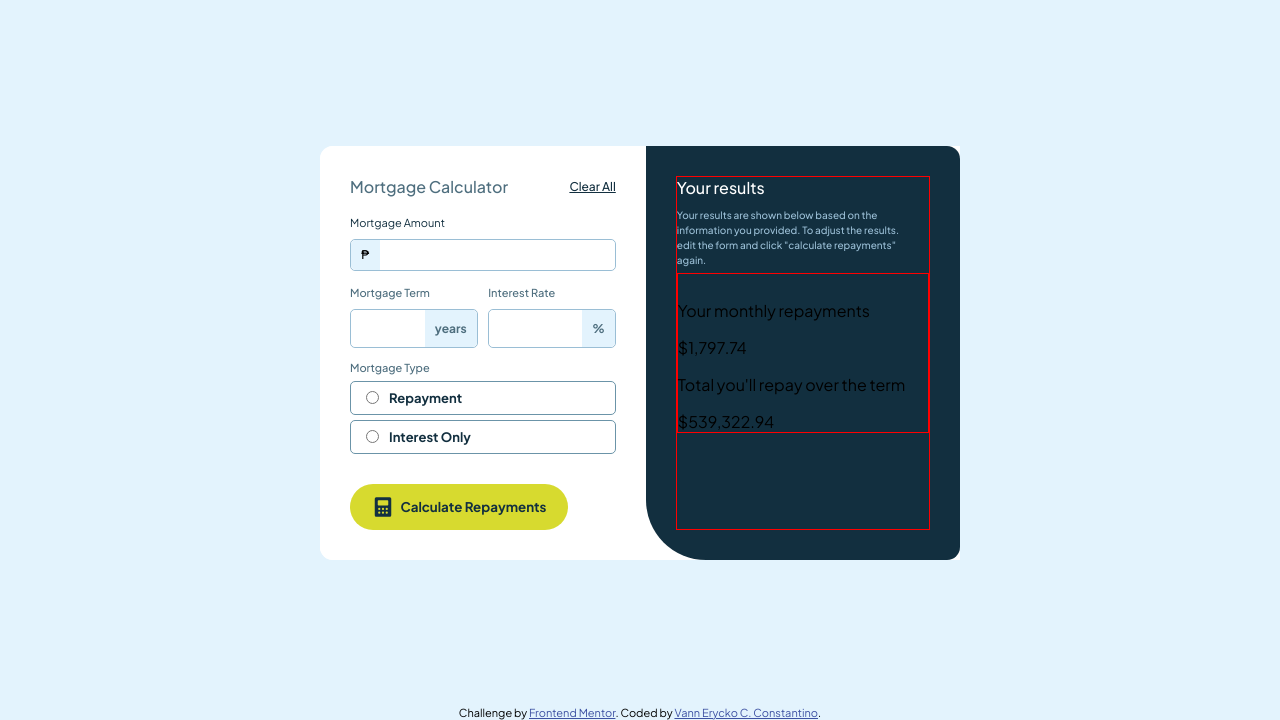
Repository: kocokoy/mortgage-repayment-calculator
Page: index.html
These files come from the project's save history. The page is drawn as it stood at one moment and after the next save; the edit follows.
The browser window is 1280 px wide. The pictures show the whole page.

Above is the page before, as saved 2024-10-30 14:36:26.

### index.html
<!DOCTYPE html>
<html lang="en">
<head>
  <meta charset="UTF-8">
  <meta name="viewport" content="width=device-width, initial-scale=1.0"> <!-- displays site properly based on user's device -->

  <link rel="icon" type="image/png" sizes="32x32" href="./assets/images/favicon-32x32.png">
  <link rel="stylesheet" href="/styles/style.css">
  <link rel="preconnect" href="https://fonts.googleapis.com">
<link rel="preconnect" href="https://fonts.gstatic.com" crossorigin>
<link href="https://fonts.googleapis.com/css2?family=Karla:ital,wght@0,200..800;1,200..800&family=Plus+Jakarta+Sans:ital,wght@0,200..800;1,200..800&family=Red+Hat+Text:ital,wght@0,300..700;1,300..700&display=swap" rel="stylesheet">

  <title>Frontend Mentor | Mortgage repayment calculator</title>
</head>
<body>
  <div class="container">
    <div class="container-card">
      <div class="mortgage-calculator-side">
        <div class="mortgage-calculator-header">
          <p>Mortgage Calculator</p>
          <button>Clear All</button>
        </div>
        <div class="mortgage-calculator-amount">
          <p>Mortgage Amount</p>
          <label class="mortgage-calculator-amount-input">
            <div class="peso-logo">&#8369;</div>
            <input type="text" class="jsMortageAmount">
          </label>
          <div class="field-require-text">
            this field is required
          </div>
        </div>
        <div class="mortgage-calculator-term-and-interest">
          <div class="mortgage-calculator-term-section">
            <p>Mortgage Term</p>
            <div class="mortgage-calculator-term-section-mortgage">
              <input type="text" name="" id="" class="jsMortgageTerm">
              <div>years</div>
            </div>
            <div class="field-require-text">
              this field is required
            </div>
          </div>
          <div class="mortgage-calculator-term-section">
            <p>Interest Rate</p>
            <div class="mortgage-calculator-term-section-mortgage">
              <input type="text" name="" id="" class="jsMortgageInterest">
              <div>%</div>
            </div>
            <div class="field-require-text">
              this field is required
            </div>
          </div>
        </div>
        <div class="mortgage-calculator-type">
          <p>Mortgage Type</p>
          <label class="mortgage-calculator-type-radio">
            <input class="mortgage-calculator-type-radio-repayment jsRepaymentRadio" type="radio">
            <div>Repayment</div>
          </label>
          <label class="mortgage-calculator-type-radio">
            <input class="mortgage-calculator-type-radio-interest jsRepaymentInterest"  type="radio">
            <div>Interest Only</div>
          </label>
        </div>
        <div class="mortgage-calculator-button">
          <button class="jsCalculateRepayments">
            <div>
              <img src="/assets/images/icon-calculator.svg" alt="">
              <p>Calculate Repayments</p>
            </div>
          </button>
        </div>
      </div>
      <div class="result-side">
        <!-- <div class="result-empty">
          <div>
            <img src="/assets/images/illustration-empty.svg" alt="">
          </div>
          <div class="result-side-title">Results shown here</div>
          <div class="result-side-text">  Complete the form and click “calculate repayments” to see what
            your monthly repayments would be.</div>
        </div> -->
        <div class="result-populate">
          <div class="result-populate-title">
            Your results
          </div>
          <div class="result-populate-message">
            Your results are shown below based on the information you provided.
            To adjust the results. edit the form and click "calculate repayments" again.
          </div>
          <div class="result-populate-repayment">
            <div>
              <p>Your monthly repayments</p>
              <div>$1,797.74</div>
            </div>
            <div>
              <p>Total you'll repay over the term</p>
              <div>$539,322.94</div>
            </div>
          </div>
        </div>
      </div>
    </div>
  </div>


  <div class="attribution">
    Challenge by <a href="https://www.frontendmentor.io?ref=challenge">Frontend Mentor</a>.
    Coded by <a href="#">Vann Erycko C. Constantino</a>.
  </div>
  <script src="/javascripts/script.js"></script>
</body>
</html>

### styles/style.css
:root{
/* Primary */

--lime: hsl(61, 70%, 52%);
--red: hsl(4, 69%, 50%);

/* Neutral */

--white: hsl(0, 0%, 100%);
--slate100: hsl(202, 86%, 94%);
--slate300: hsl(203, 41%, 72%);
--slate500: hsl(200, 26%, 54%);
--slate700: hsl(200, 24%, 40%);
--slate900: hsl(202, 55%, 16%);
}

.attribution {
  font-size: 11px; text-align: center;
 }
.attribution a {
  color: hsl(228, 45%, 44%);
 }

 *{
  font-family: Plus Jakarta Sans;
 }

body{
  margin: 0;
  padding: 0;
  background-color: var(--slate100);
}
.container{
  height: 98vh;
  display: flex;
  flex-direction: column;
  justify-content: center;
  align-items: center;
}
.container-card{
  display: flex;
  flex-direction: row;
  height: auto;
  width: 50%;
  background-color: var(--white);
  border-bottom-left-radius: 13px;
  border-top-left-radius: 13px;
}

.field-require-text{
  margin-top: 10px;
  color: var(--red);
  font-size: 10px;
  font-weight: 900;
  margin-bottom: 3px;
  display: none;
}
.mortgage-calculator-side{
  height: auto;
  width: auto;
  background-color: var(--white);
  border-bottom-left-radius: 13px;
  border-top-left-radius: 13px;
  padding: 30px;

}
.result-side{
  height: auto;
  width: 70%;
  padding: 30px;
  overflow: hidden;
  background-color: var(--slate900);
  border-bottom-left-radius: 60px;
  border-bottom-right-radius: 13px;
  border-top-right-radius: 13px;
  display: flex;
  flex-direction: column;
  justify-content: center;
  align-items: center;

}

/*Mortgage Calculator Header */
.mortgage-calculator-header{
  display: flex;
  flex-direction: row;
  align-items: center;
  justify-content: space-between;
}
.mortgage-calculator-header p{
 margin: 0;
 font-weight: 500;
 color: var(--slate700);
}
.mortgage-calculator-header button{
 margin: 0;
 font-weight: 500;
 font-size: 12px;
 color: var(--slate900);
 background-color: var(--white);
 text-decoration: underline;
 cursor: pointer;
 border: none;
 padding: 0;
}

/*Mortgage Calculator Amount  */
.mortgage-calculator-amount{
  padding-top: 19px ;
  display: flex;
  flex-direction: column;
  margin-bottom: 15px;
}
.mortgage-calculator-amount p{
  margin: 0;
  font-size: 11px;
  color: var(--slate900);
  padding-bottom: 10px;
}

.mortgage-calculator-amount-input{
  display: flex;
  flex-direction: row;
  height: 30px;
  border: 1px solid var(--slate300);
  border-radius: 5px;
}

.mortgage-calculator-amount-input:hover{
  border: 1px solid var(--slate900);
  transition: 0.1s;
}

.mortgage-calculator-amount-input:focus-within {
  border-color: var(--lime);
}

.mortgage-calculator-amount-input:focus-within .peso-logo {
  background-color: var(--lime);
}

.mortgage-calculator-amount-input .peso-logo{
  background-color: var(--slate100);
  height: 100%;
  width: 35px;
  display: flex;
  justify-content: center;
  align-items: center;
  font-size: 12px;
  font-weight: 500;
  border: none;
  border-top-left-radius: 5px;
  border-bottom-left-radius: 5px;
}
.mortgage-calculator-amount-input input{
  width: 100%;
  border: none;
  border-top-right-radius: 5px;
  border-bottom-right-radius: 5px;
  padding: 0 10px;
  font-weight: 700;
}

.mortgage-calculator-amount-input input:focus{
  outline: none;
}

/* Mortgage Calculator Mortgage Term and Interest Rate */

.mortgage-calculator-term-and-interest{
  display: flex;
  flex-direction: row;
  width: 100;
  justify-content: space-between;
}
.mortgage-calculator-term-section{
  width: 48%;
}
.mortgage-calculator-term-section p{
  margin: 0;
  font-size: 11px;
  color: var(--slate700);
  padding-bottom: 10px;
  font-weight: 500;
}

.mortgage-calculator-term-section-mortgage{
  display: flex;
  flex-direction: row;
  border: 1px solid var(--slate300);
  border-radius: 5px;
}

.mortgage-calculator-term-section-mortgage input{
  width: 90%;
  padding: 10px;
  font-weight: 700;
  border: none;
  border-top-left-radius: 5px;
  border-bottom-left-radius: 5px;
  accent-color: green;
}
.mortgage-calculator-term-section-mortgage div{
  width: auto;
  background-color: var(--slate100);
  color: var(--slate700);
  font-size: 12px;
  display: flex;
  justify-content: center;
  align-items: center;
  font-weight: 700;
  padding: 7px 10px;
  border-top-right-radius: 5px;
  border-bottom-right-radius: 5px;
}

.mortgage-calculator-term-section-mortgage input:focus{
  outline: none;
}

/* Mortgage Calculator Type */
.mortgage-calculator-type{
  display: block;
  margin-top: 13px;
}

.mortgage-calculator-type p{
  margin: 0;
  font-size: 11px;
  color: var(--slate700);
  padding-bottom: 2px;
  font-weight: 500;
}

.mortgage-calculator-type-radio{
  border: 1px solid var(--slate500);
  display: flex;
  flex-direction: row;
  justify-content: start;
  align-items: center;
  padding: 8px 5px ;
  margin-top: 5px;
  border-radius: 5px;
}
.mortgage-calculator-type-radio:hover{
  border: 1px solid var(--lime);
  transition: 0.3s;
  cursor: pointer;
}
.mortgage-calculator-type-radio-clicked{
  border: 1px solid var(--lime);
  background-color: hsla(61, 70%, 52%, 0.1);
  transition: 0.3s;
}

.mortgage-calculator-type-radio-repayment{
  margin: 0 10px;
}

input[type="radio"]{
  accent-color: var(--lime);
  border: none;
}

.mortgage-calculator-type-radio-interest{
  margin: 0 10px;
}

.mortgage-calculator-type-radio div{
  font-size: 13px;
  font-weight: 700;
  color: var(--slate900);
}

/* Mortgage Calculator Type Button */

.mortgage-calculator-button{
  margin-top: 30px;
  display: flex;
  justify-content: start;
  align-items: start;
}

.mortgage-calculator-button button{
  display: flex;
  flex-direction: row;
  background-color: var(--lime);
  color: var(--slate900);
  border: none;
  border-radius: 100px;
  width: 82%;
  cursor: pointer;
  transition: 0.3s;
}

.mortgage-calculator-button button:hover{
  opacity: 80%;
}

.mortgage-calculator-button button img{
  margin: 0;
  display: flex;
  justify-content: center;
}

.mortgage-calculator-button button p{
  font-weight: 700;
  margin-left: 5px;
}
.mortgage-calculator-button button div{
  display: flex;
  justify-content: center;
  width: 100%;
}

/* Result Side Empty */
.result-empty{
  display: flex;
  flex-direction: column;
  justify-content: center;
  align-items: center;

}
.result-side-title{
  color: var(--white);
  font-weight: 500;
  font-size: 20px;
}
.result-side-text{
  margin-top: 10px;
  color: var(--slate500);
  font-size: 11px;
  text-align: center;
}

/* Result Side Populate*/
.result-populate{
  border: 1px solid red;
  height: 100%;
}
.result-populate-title{
  color: var(--white);
  font-weight: 500;
  padding-bottom: 5px;
}
.result-populate-message{
  color: var(--slate300);
  font-weight: 500;
  font-size: 10px;
  width: 93%;
  padding: 5px 0px;
  line-height: 15px;
}
.result-populate-repayment{
  border: 1px solid red;
  padding-top: 10px;
}

### javascripts/script.js
const calculateButton = document.querySelector('.jsCalculateRepayments');
const mortgageAmountElement = document.querySelector('.jsMortageAmount');
const mortgageTermElement = document.querySelector('.jsMortgageTerm');
const mortgageInterestElement = document.querySelector('.jsMortgageInterest');
// radio buttons
const repaymentRadioElement = document.querySelector('.jsRepaymentRadio');
const interestRadioElement = document.querySelector('.jsRepaymentInterest');
let totalRepayment = 0;
let monthlyPayment = 0;

MortgageTypeBtnClicked();
calculateButton.addEventListener('click', () => {
  const mortgageAmount =  IntegerConverter(mortgageAmountElement.value);
  const mortgageTerm =  IntegerConverter(mortgageTermElement.value);
  const mortgageInterest =  IntegerConverter(mortgageInterestElement.value);
  CalcuteRepayment(mortgageAmount,mortgageTerm,mortgageInterest);

});



function MortgageTypeBtnClicked(){
  let repaymentRadioClicked = false;
  let interestRadioClicked = false;

  const repaymentParentLabel = repaymentRadioElement.parentElement;
  const interestParentLabel = interestRadioElement.parentElement;

  repaymentRadioElement.addEventListener('click', () =>{
    if(repaymentRadioClicked){
      repaymentParentLabel.classList.remove('mortgage-calculator-type-radio-clicked');
      repaymentRadioElement.checked = false;
      repaymentRadioClicked = false;
    }else{
      repaymentRadioClicked = true;
      repaymentParentLabel.classList.add('mortgage-calculator-type-radio-clicked');
      interestParentLabel.classList.remove('mortgage-calculator-type-radio-clicked');
      interestRadioElement.checked = false;
      interestRadioClicked = false;
    }
  });

  interestRadioElement.addEventListener('click', () =>{
    if(interestRadioClicked){
      interestParentLabel.classList.remove('mortgage-calculator-type-radio-clicked');
      interestRadioElement.checked = false;
      interestRadioClicked = false;
    }else{
      repaymentParentLabel.classList.remove('mortgage-calculator-type-radio-clicked');
      interestParentLabel.classList.add('mortgage-calculator-type-radio-clicked');
      interestRadioClicked = true;
      repaymentRadioElement.checked = false;
      repaymentRadioClicked = false;
    }
  });
};

function IntegerConverter(str){
  if(str.includes('.')){
    return parseFloat(str);
  };
    return parseInt(str.replace(/,/g, ''));
}

function CalcuteRepayment(amount,years,interest){
  let months = 12;
  let monthlyInterestRate = ((interest/months)/100);
  let totalPayments = (years*months);
  let numerator = (amount * monthlyInterestRate);
  let denominator = (1 - Math.pow(1 + monthlyInterestRate,(-1*totalPayments)));
  monthlyPayment = (numerator/denominator);
  totalRepayment =  (monthlyPayment*totalPayments);
}

After the next save:
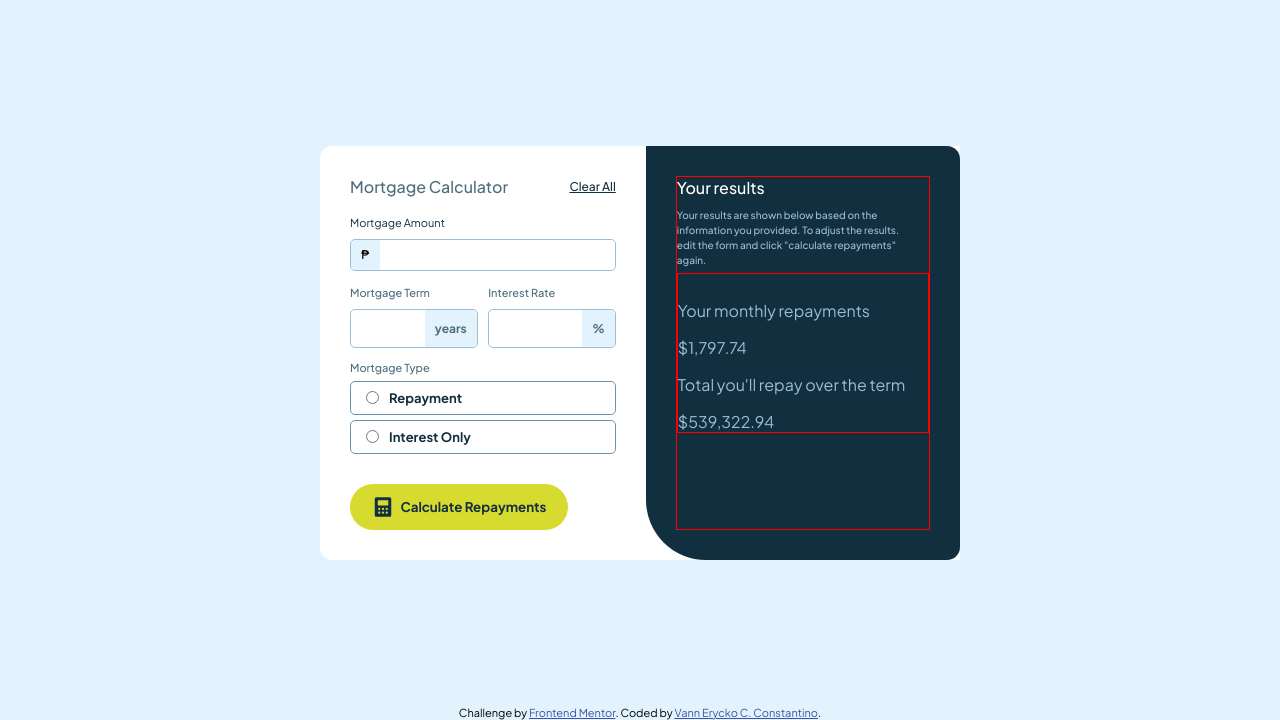
Saved 7 s later.
--- a/styles/style.css
+++ b/styles/style.css
@@ -352,6 +352,7 @@ input[type="radio"]{
   line-height: 15px;
 }
 .result-populate-repayment{
+  color: var(--slate300);
   border: 1px solid red;
   padding-top: 10px;
 }
